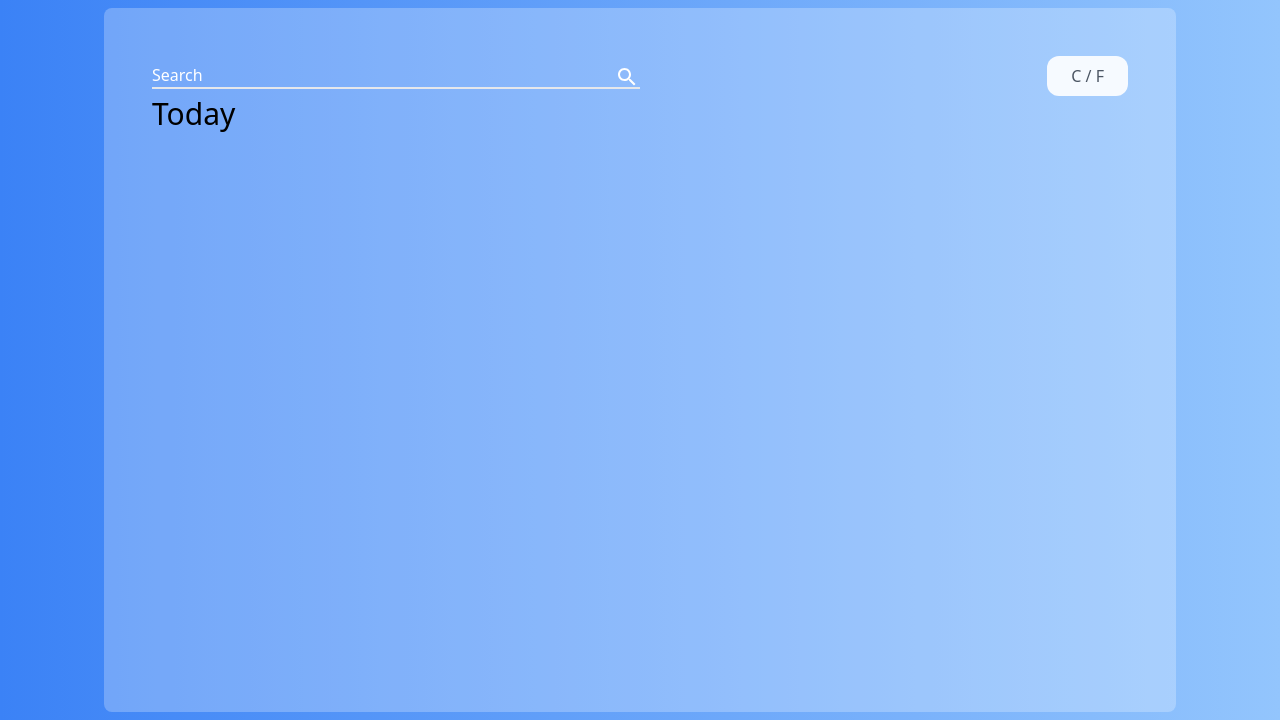
Repository: DevAntonioRogers/react-weatherapp-v2
Page: /
The author's editor kept a copy of each file at every save. The page is drawn from the files as they stood at one save, then again after the next save.
The browser window is 1280 px wide. The pictures show the whole page.
The project was rebuilt for these pictures with package versions that can differ from the ones it lists, and the page was loaded fresh each time. The framework's server and built-in components were replaced by stand-ins that run in the browser. Also part of the build but not shown: next.config.js.

Above is the page before, as saved 2023-05-19 23:22:36.

After the next save:
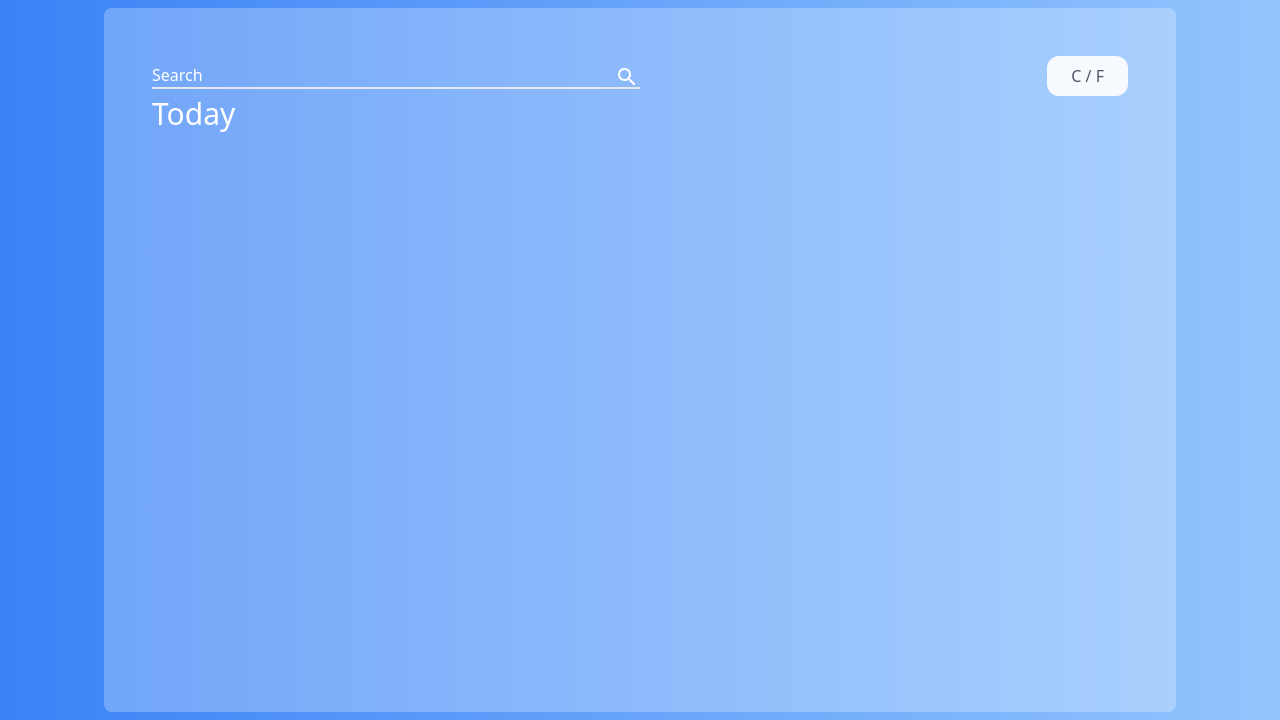
Saved 12 s later.
--- a/app/components/Current.tsx
+++ b/app/components/Current.tsx
@@ -3,7 +3,7 @@ import React from "react";
 const Current = ({ data }) => {
   return (
     <div>
-      <h1 className="text-3xl">Today</h1>
+      <h1 className="text-3xl text-white">Today</h1>
       <div>{data.location ? <h1>{data.location.name}</h1> : null}</div>
       <div>
         {data.current ? (
